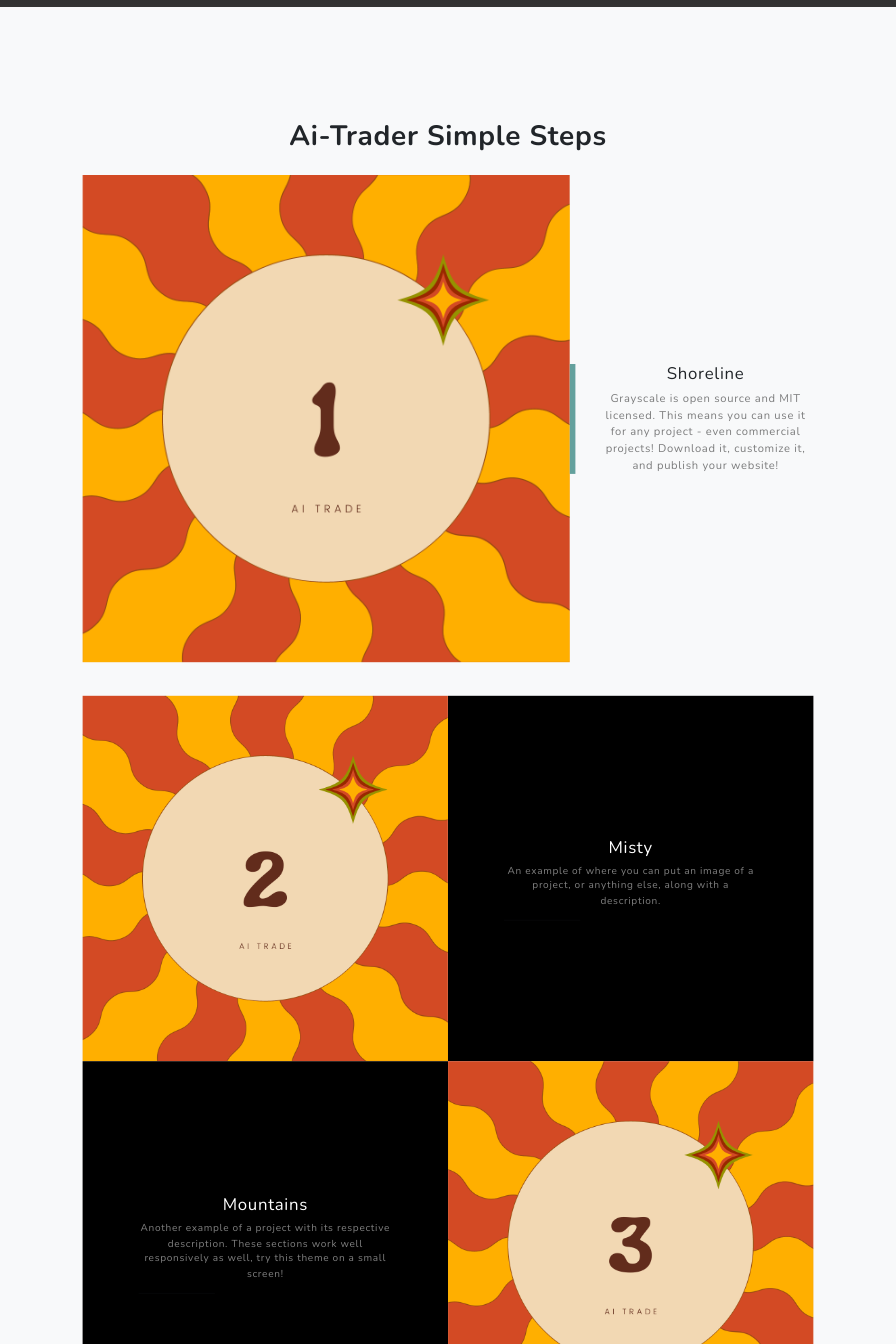
Repository: seyicoded/ico_one
Page: docs/index.html
An editor plug-in stored every save of this project. The page is shown before and after the next save, followed by the edit.
The browser window is 1280 px wide. The pictures show the part of the page from y = 1280 to 3200 px (the page is 4574 px tall before and 3735 px after), at 70% of full size.

Above is the page before, as saved 2022-02-13 17:02:14.

After the next save:
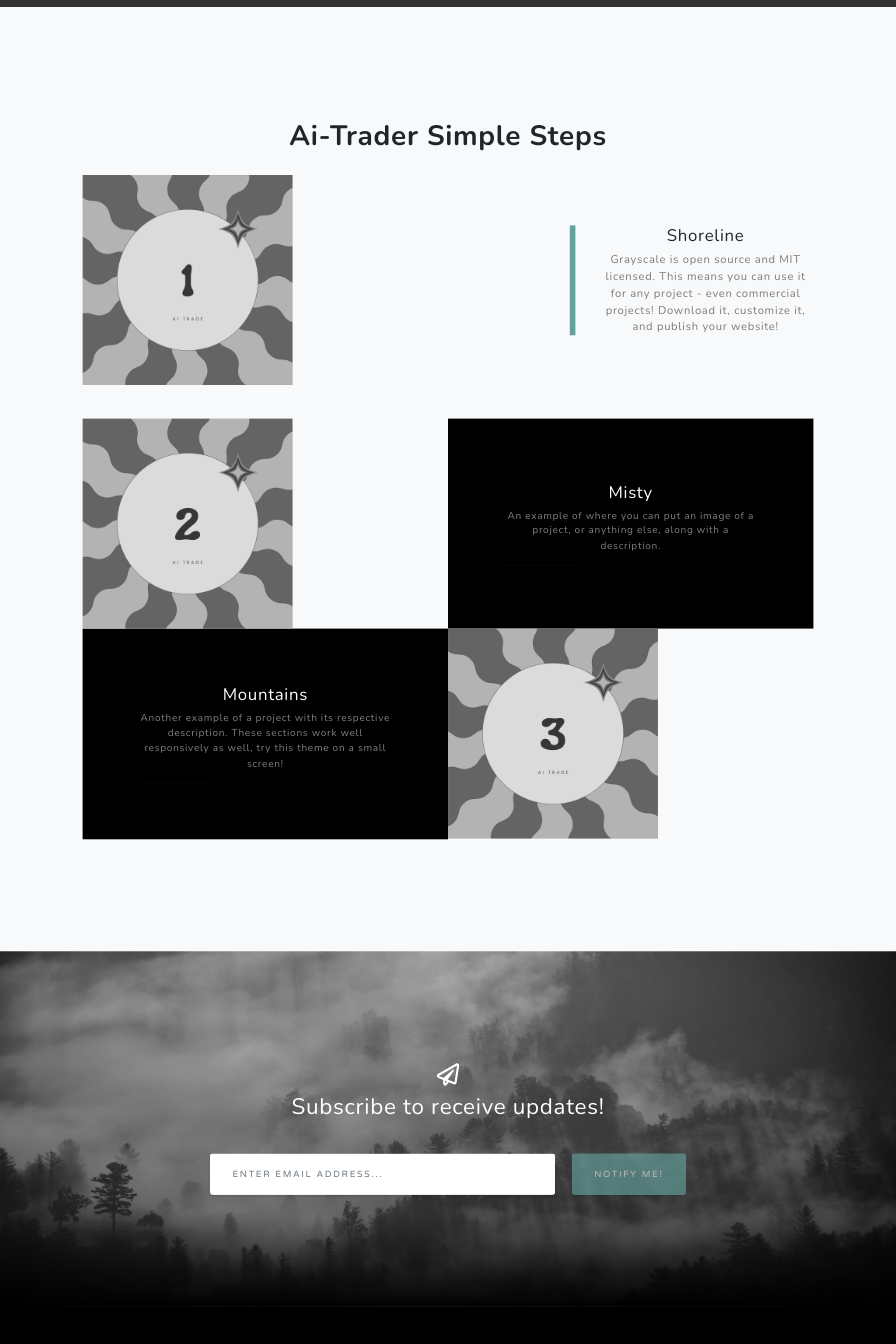
Saved 109 s later.
--- a/docs/index.html
+++ b/docs/index.html
@@ -112,7 +112,7 @@
                 <br />
                 <!-- Featured Project Row-->
                 <div class="row gx-0 mb-4 mb-lg-5 align-items-center">
-                    <div class="col-xl-8 col-lg-7"><img class="img-fluid mb-3 mb-lg-0" src="assets/count/1.png" alt="..." /></div>
+                    <div class="col-xl-8 col-lg-7"><img class="img-fluid mb-3 mb-lg-0" src="assets/count/1.png" style="height: 300px; filter: grayscale(80);" alt="..." /></div>
                     <div class="col-xl-4 col-lg-5">
                         <div class="featured-text text-center text-lg-left">
                             <h4>Shoreline</h4>
@@ -122,7 +122,7 @@
                 </div>
                 <!-- Project One Row-->
                 <div class="row gx-0 mb-5 mb-lg-0 justify-content-center">
-                    <div class="col-lg-6"><img class="img-fluid" src="assets/count/2.png" alt="..." /></div>
+                    <div class="col-lg-6"><img class="img-fluid" src="assets/count/2.png" style="height: 300px; filter: grayscale(80);" alt="..." /></div>
                     <div class="col-lg-6">
                         <div class="bg-black text-center h-100 project">
                             <div class="d-flex h-100">
@@ -137,7 +137,7 @@
                 </div>
                 <!-- Project Two Row-->
                 <div class="row gx-0 justify-content-center">
-                    <div class="col-lg-6"><img class="img-fluid" src="assets/count/3.png" alt="..." /></div>
+                    <div class="col-lg-6"><img class="img-fluid" src="assets/count/3.png" style="height: 300px; filter: grayscale(80);" alt="..." /></div>
                     <div class="col-lg-6 order-lg-first">
                         <div class="bg-black text-center h-100 project">
                             <div class="d-flex h-100">
